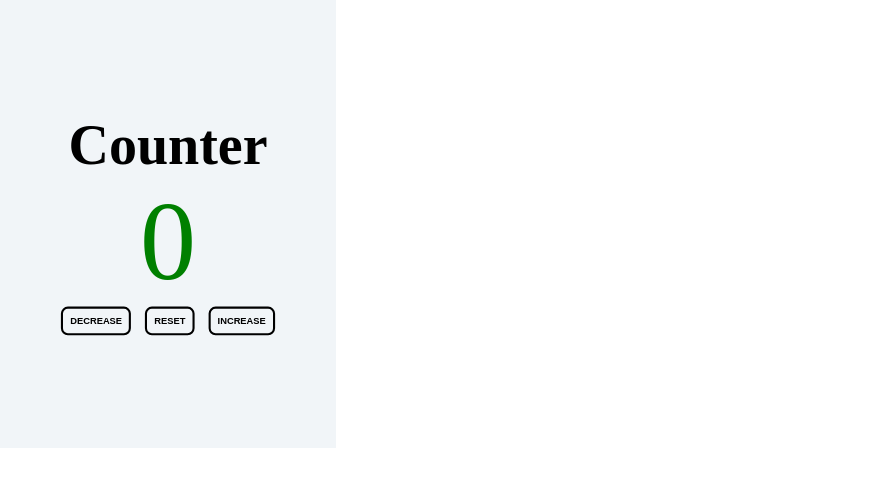
Repository: imokha01/createCounter
Page: index.html
The author's editor kept a copy of each file at every save. The page is drawn from the files as they stood at one save, then again after the next save.
The browser window is 1280 px wide. The pictures show the part of the page from y = 0 to 1920 px (the page is 720 px tall before and 6400 px after), at 70% of full size.

Above is the page before, as saved 2024-01-17 17:11:21.

### index.html
<!DOCTYPE html>
<html lang="en">
  <head>
    <meta charset="UTF-8" />
    <meta name="viewport" content="width=device-width, initial-scale=1.0" />
    <link rel="stylesheet" href="style.css" />
    <title>Document</title>
  </head>
  <body>
    <div class="main">
      <h1>Counter</h1>
      <div id="countDisplay" value="0">0</div>
      <div class="controls">
        <button id="decrease">DECREASE</button>
        <button id="reset">RESET</button>
        <button id="increase">INCREASE</button>
      </div>
    </div>
    <script src="./index.js"></script>
  </body>
</html>

### style.css
* {
    margin: 0;
    padding: 0;
    box-sizing: border-box;
}


.main {
    display: flex;
    flex-direction: column;
    justify-content: center;
    align-items: center;
    background-color: #f1f5f8;
    width: 30rem;
    height: 40rem;
}

h1 {
    font-size: 5rem;
}

#countDisplay {
    color: green;
    font-size: 10rem;

}

.controls {
    display: flex;
    gap: 20px;
}

.controls > button {
    padding: 10px;
    border: 3px solid black;
    border-radius: 10px;
    font-weight: 700;
    background-color: transparent;
    cursor: pointer;
}

Loaded but not shown: index.js (no copy from this time; the picture is the same without it)

After the next save:
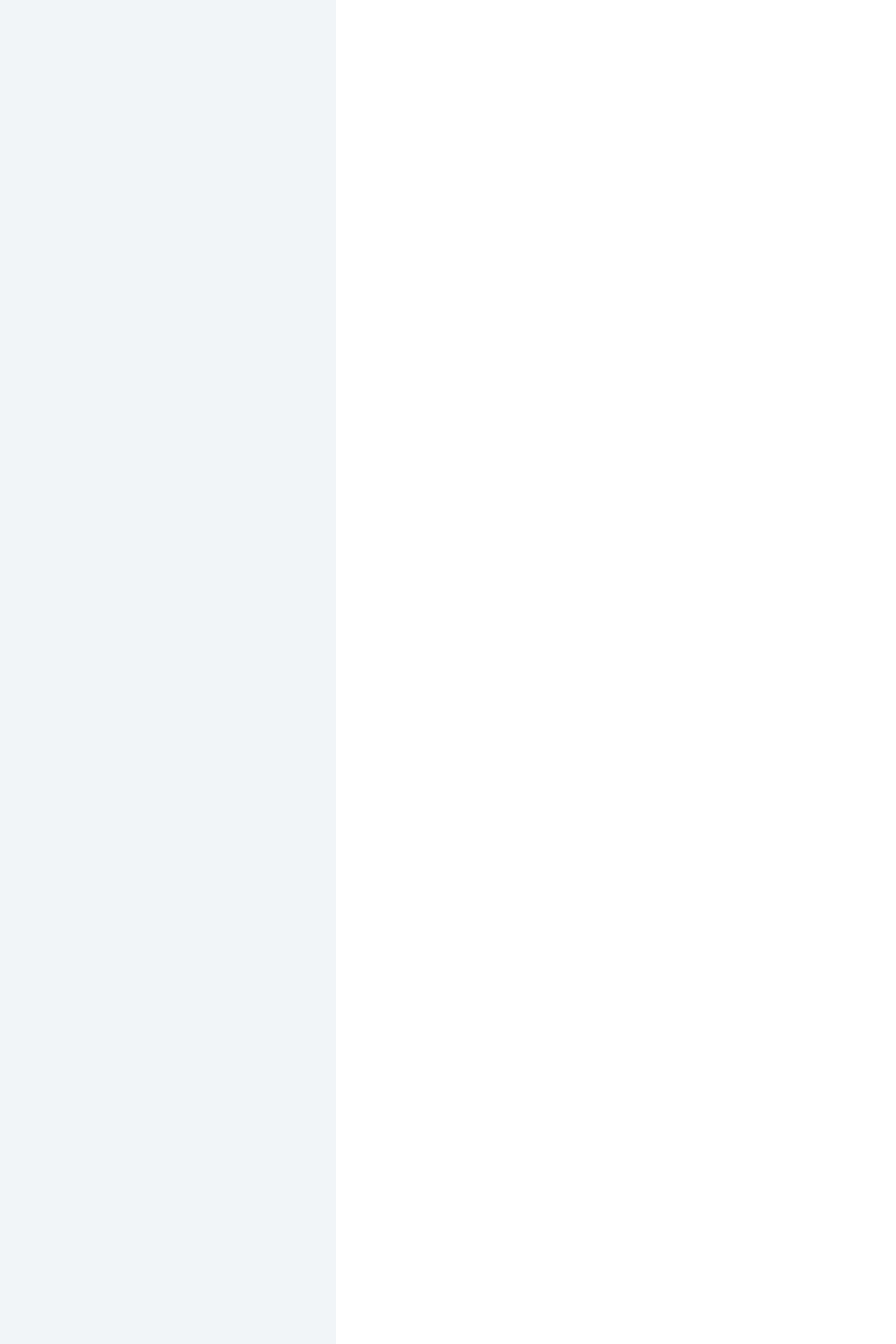
Saved 11 s later.
--- a/style.css
+++ b/style.css
@@ -12,7 +12,7 @@
     align-items: center;
     background-color: #f1f5f8;
     width: 30rem;
-    height: 40rem;
+    height: 400rem;
 }
 
 h1 {
